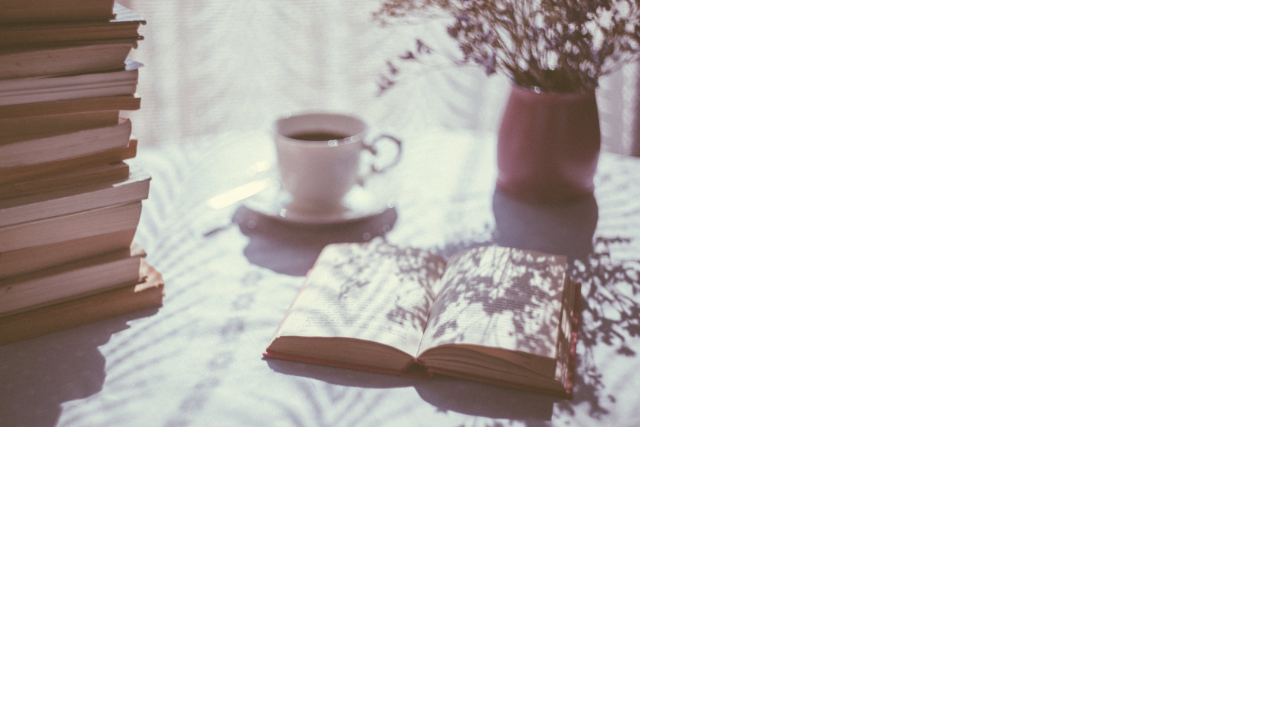
Repository: pazvarela/SCL019-social-network
Page: src/index.html
These files come from the project's save history. The page is drawn as it stood at one moment and after the next save; the edit follows.
The browser window is 1280 px wide. The pictures show the whole page.

Above is the page before, as saved 2022-03-08 17:16:26.
Console error (its wording comes from the project's code and is left out).

After the next save:
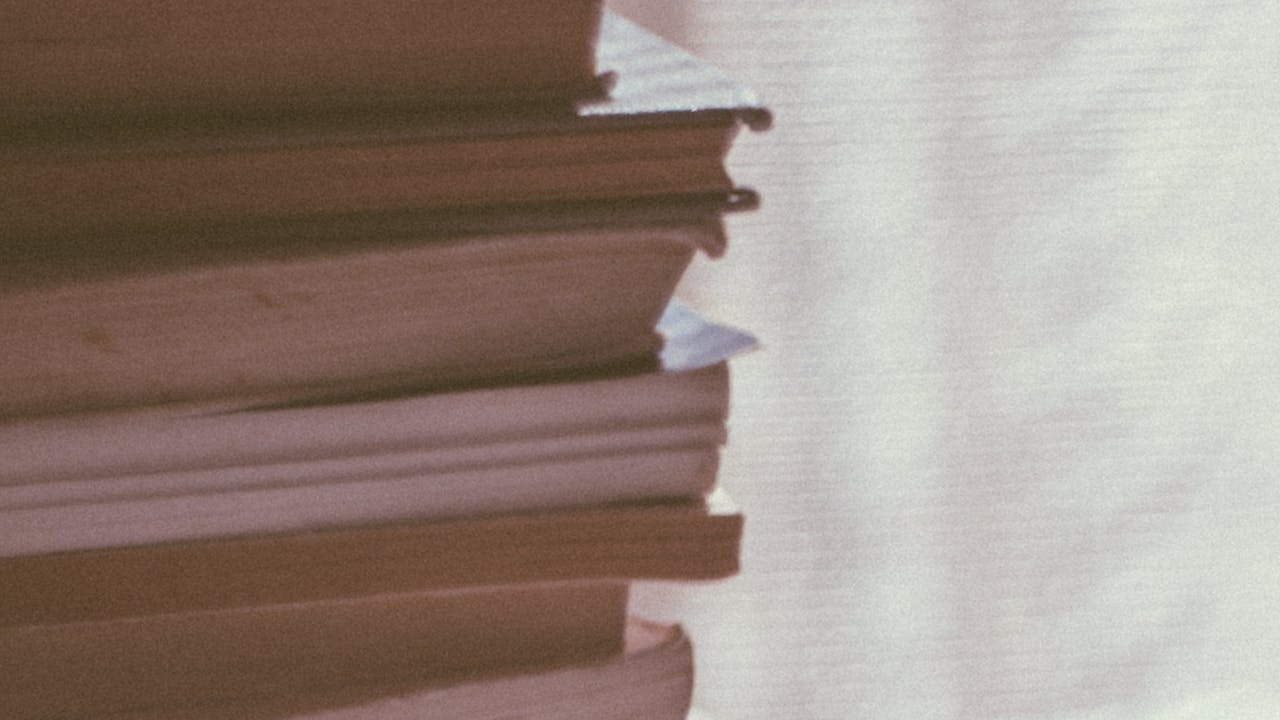
Saved 12 s later.
--- a/src/style.css
+++ b/src/style.css
@@ -6,7 +6,6 @@
 
 body {
     background-image: url('./img/backgroundbb.jpeg');
-    background-size: 50%;
     background-repeat: no-repeat;
     background-clip: padding-box;
     height: auto;

After the 3 saves that followed:
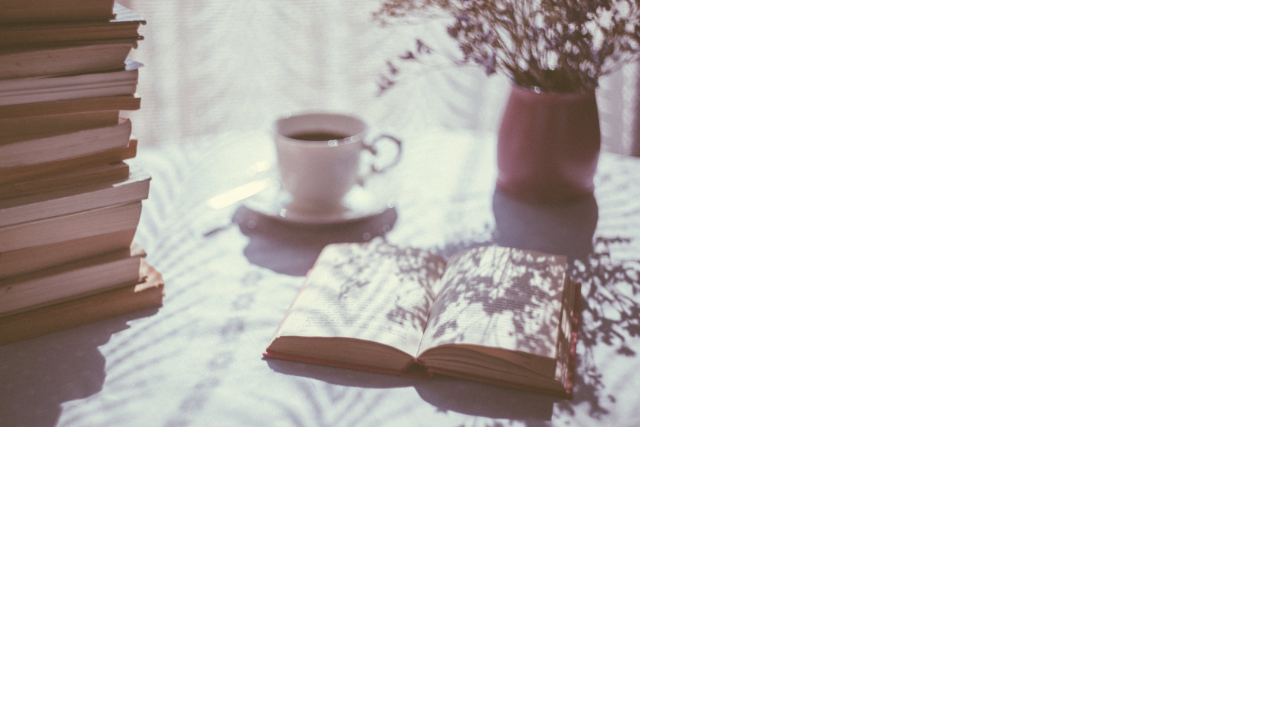
The 3 saves are shown as one change because 2 left the picture as it was.
The last was saved 36 s later.
--- a/src/style.css
+++ b/src/style.css
@@ -8,7 +8,7 @@
     background-image: url('./img/backgroundbb.jpeg');
     background-repeat: no-repeat;
     background-clip: padding-box;
-    height: auto;
+    background-size: 50%;
 }
 
 :root {
